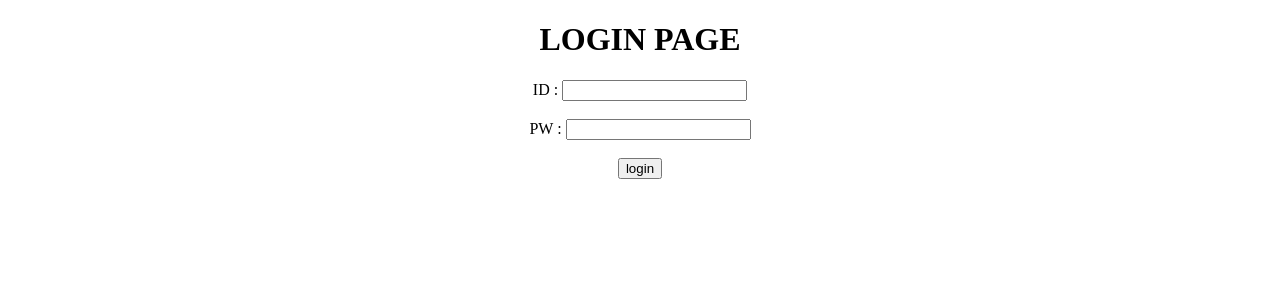
Repository: MrSeung/jsp_board
Page: http://localhost/jsp_project/mem/login
An editor plug-in stored every save of this project. The page is shown before and after the next save, followed by the edit.
The browser window is 1280 px wide. The pictures show the whole page.
The page is served by Tomcat 9.

Above is the page before, as saved 2023-06-01 04:24:01.

After the next save:
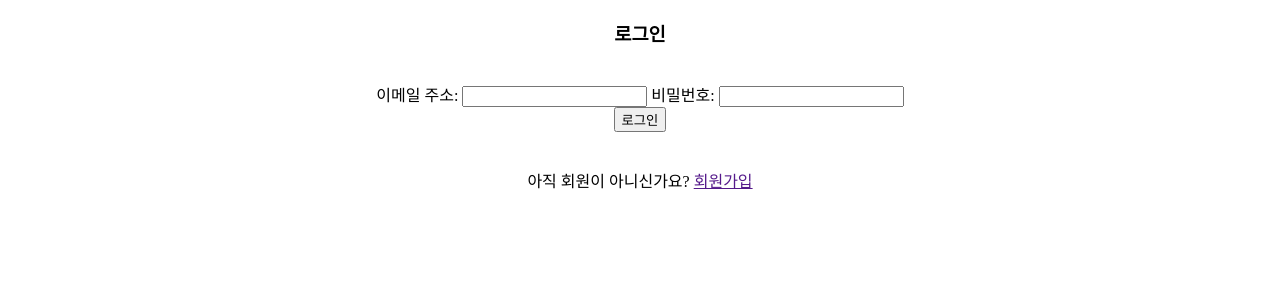
Saved 3 min 47 s later.
--- a/jsp_project/src/main/webapp/member/login.jsp
+++ b/jsp_project/src/main/webapp/member/login.jsp
@@ -12,11 +12,25 @@
     }
 </style>
 <body>
-	<h1>LOGIN PAGE</h1>
 	<form action="/mem/login_auth" method="post">
+	<!--
 		ID : <input type="text" name="id"><br><br>
 		PW : <input type="text" name="password"><br><br>
 		<button type="submit">login</button>
+	 -->
+	 <h3>로그인</h3> <br>
+        <label for="email">이메일 주소:</label>
+        <input type="text" id="email" name="id" required>
+        <label for="password">비밀번호:</label>
+        <input type="text" id="password" name="password" required>
+        <div id="btn-join">
+            <input type="submit" value="로그인">
+        </div>
+        <br><br>
+        <div class="forget">
+            아직 회원이 아니신가요? <a href="">회원가입</a>
+        </div>
+        <br>
 	</form>
 </body>
 </html>
